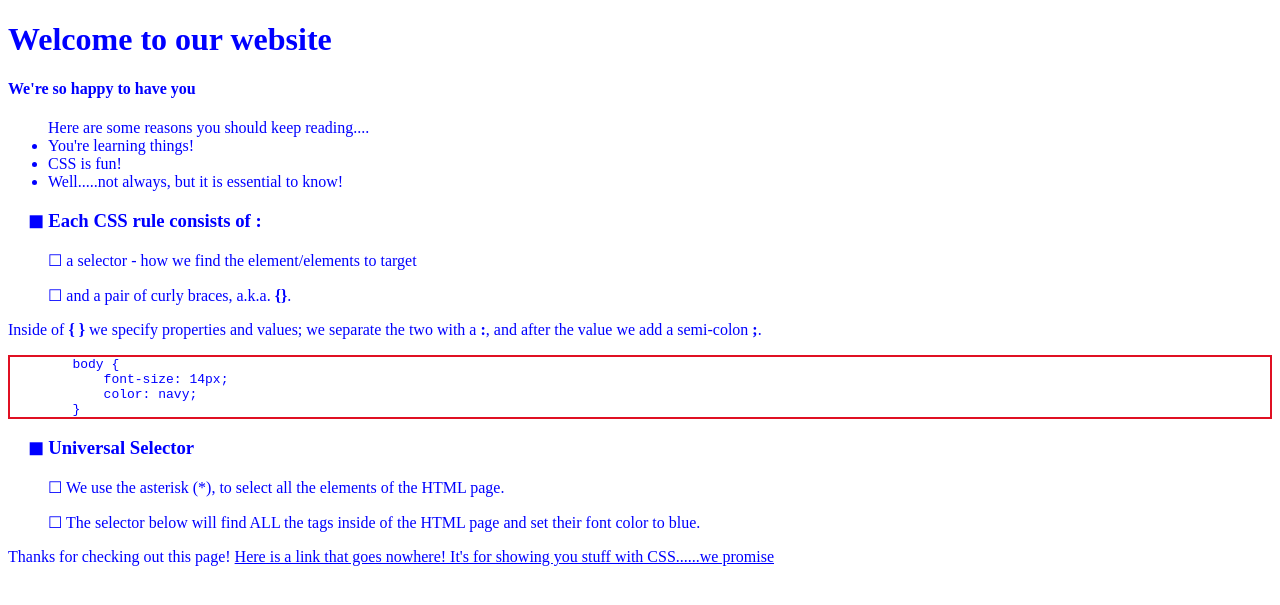
Repository: AnnaSpirit/Tests__
Page: CSS/Useful_Selectors.html
An editor plug-in stored every save of this project. The page is shown before and after a run of saves, followed by the edit.
The browser window is 1280 px wide. The pictures show the whole page.

Above is the page before, as saved 2024-04-01 12:33:25.

After the next 5 saves:
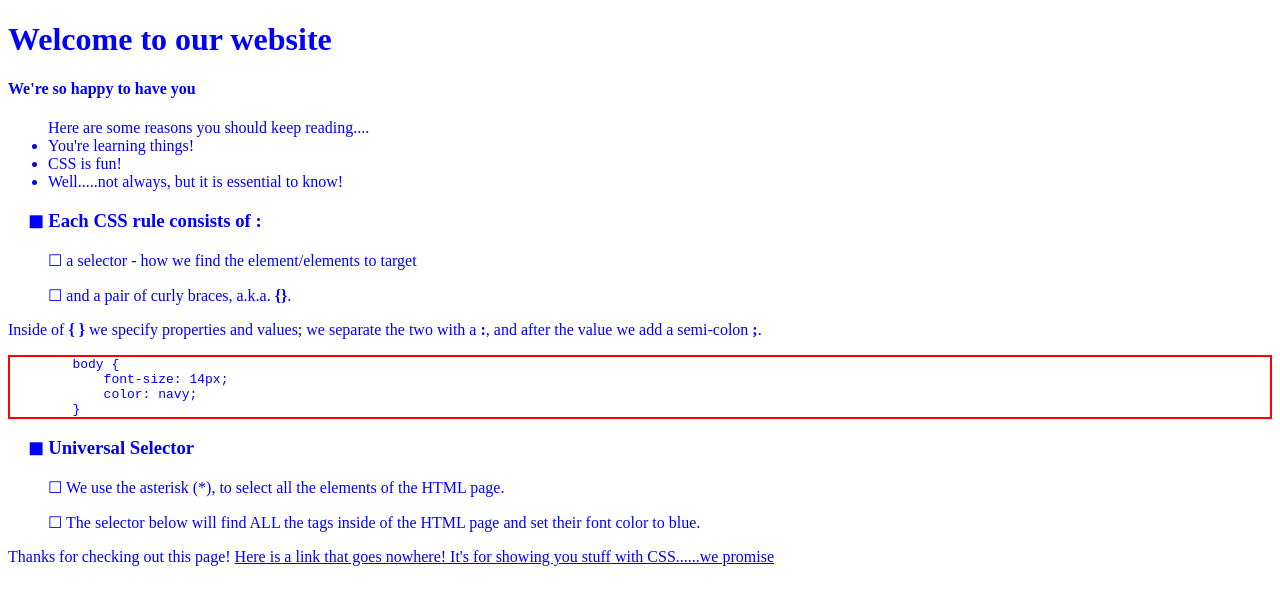
The 5 saves are shown as one change because they came seconds apart.
The last was saved 68 s later.
--- a/CSS/Useful_Selectors.html
+++ b/CSS/Useful_Selectors.html
@@ -23,7 +23,7 @@
             <p style="padding-left: 40px;"> &#9744; a selector - how we find the element/elements to target</p>
             <p style="padding-left: 40px;"> &#9744; and a pair of curly braces, a.k.a. <b>{}</b>.</p>
             <p>Inside of <b>{ }</b> we specify properties and values; we separate the two with a <b>:</b>, and after the value we add a semi-colon <b>;</b>.</p>
-    <span > <pre style="border: 2px solid #E01023;">
+    <span > <pre style="border: 2px solid red;">
         body {
             font-size: 14px;
             color: navy;
